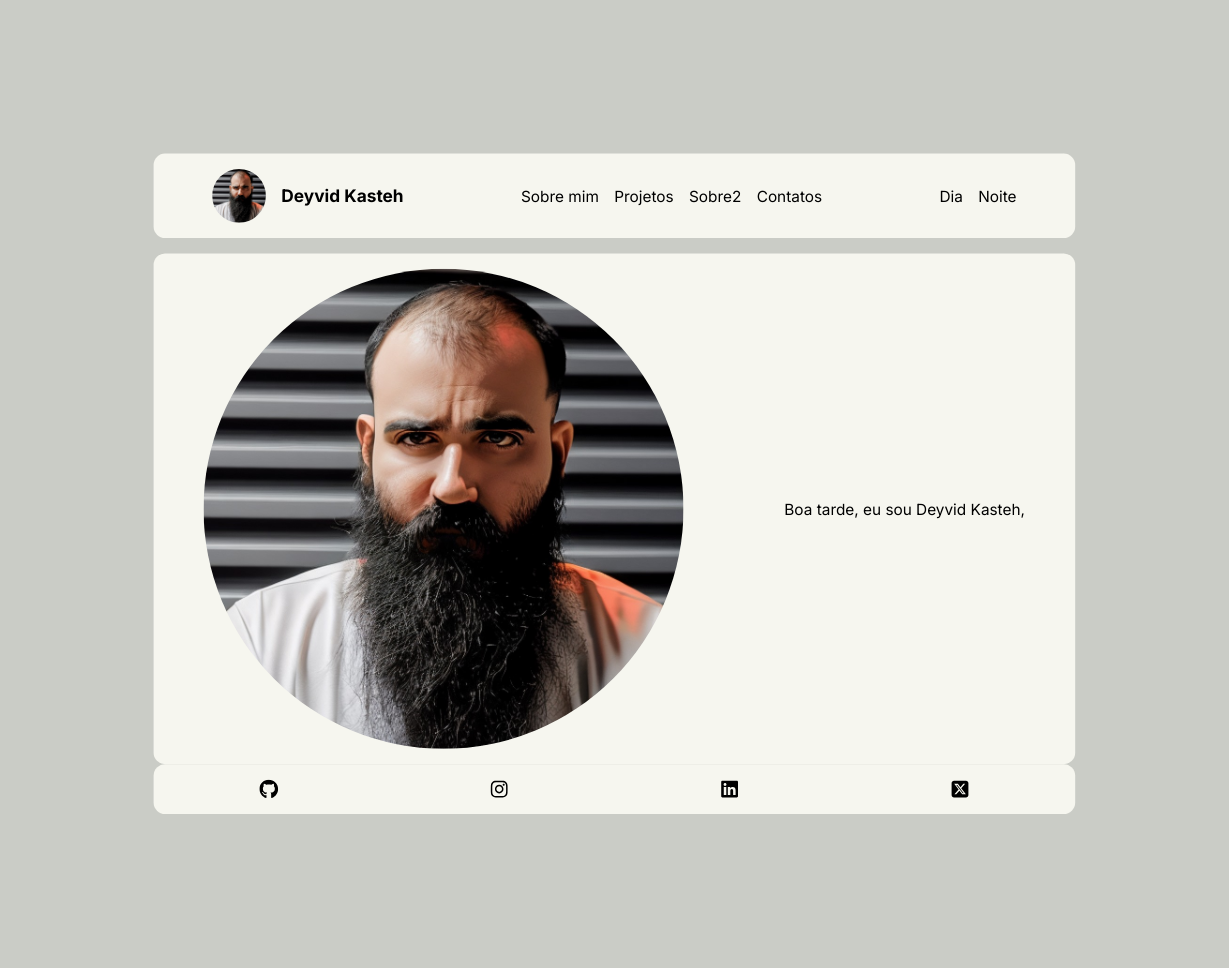
Repository: Deyvid-Kasteh/kasteh_portfolio
Page: /
These files come from the project's save history. The page is drawn as it stood at one moment and after a run of saves; the edit follows.
The browser window is 1280 px wide. The pictures show the whole page, at 96% of full size.
The project was rebuilt for these pictures with package versions that can differ from the ones it lists, and the page was loaded fresh each time. The framework's server and built-in components were replaced by stand-ins that run in the browser. Also part of the build but not shown: next.config.mjs.

Above is the page before, as saved 2024-03-26 00:22:34.

After the next 4 saves:
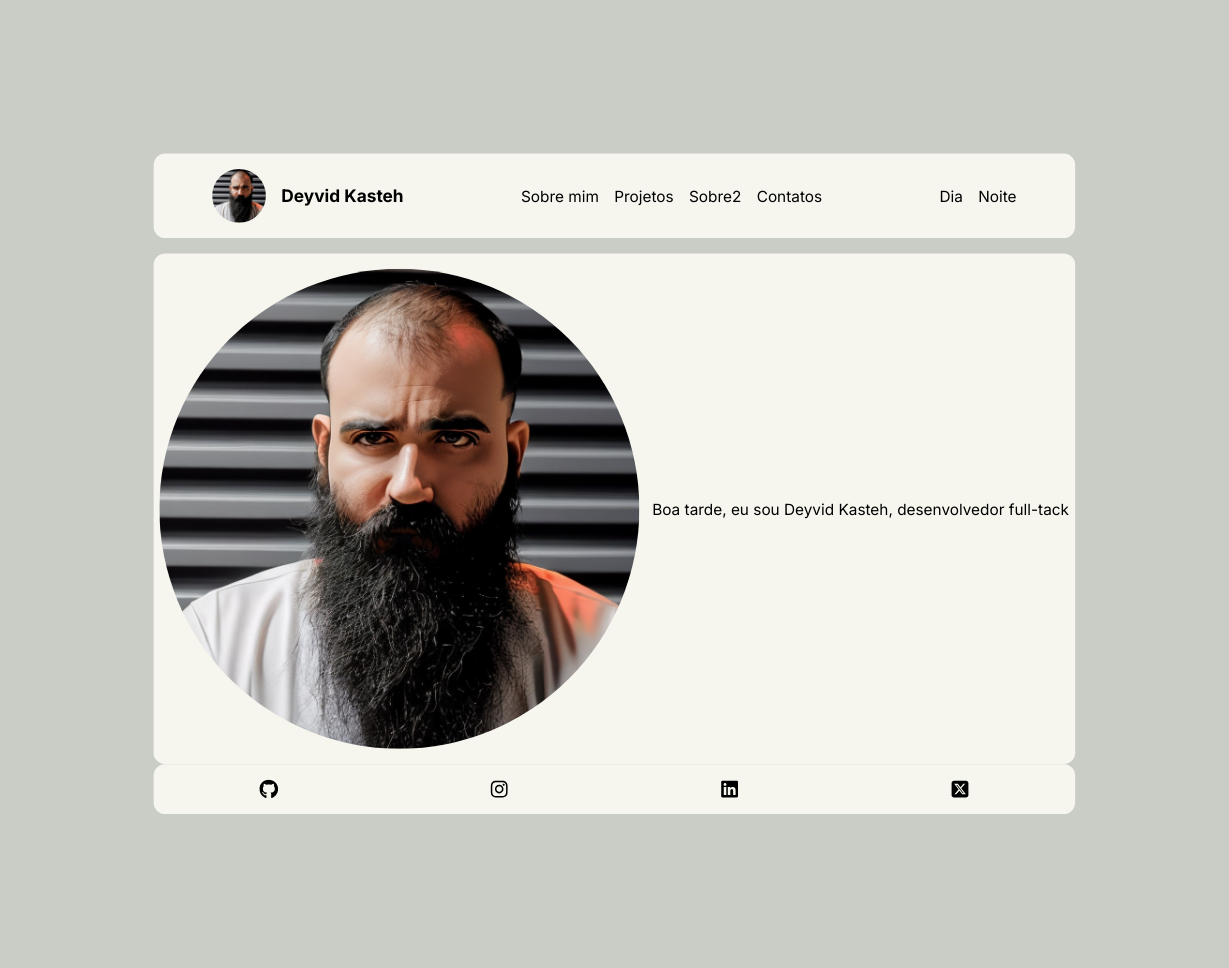
The 4 saves are shown as one change because they came seconds apart.
The last was saved 17 s later.
--- a/src/app/components/main.tsx
+++ b/src/app/components/main.tsx
@@ -7,7 +7,7 @@ const Main: React.FC = () => {
       <div>
         <MinhaFoto height={500} width={500} />
       </div>
-      <div>Boa tarde, eu sou Deyvid Kasteh, </div>
+      <div>Boa tarde, eu sou Deyvid Kasteh, desenvolvedor full-tack</div>
     </main>
   );
 }
